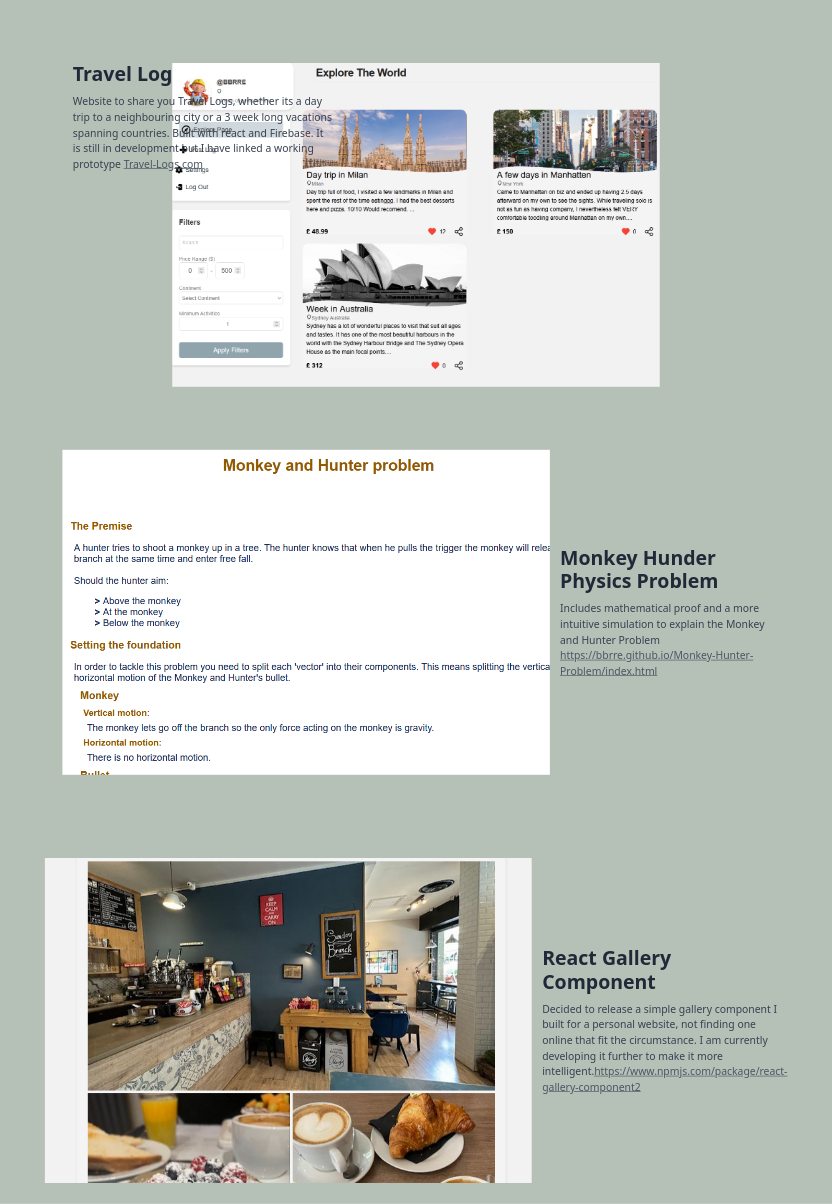
Repository: BBRRE/Portfolio-V2
Page: /#/Computer-Sci
The author's editor kept a copy of each file at every save. The page is drawn from the files as they stood at one save, then again after the next save.
The browser window is 1280 px wide. The pictures show the whole page, at 65% of full size.
Some web fonts or font styles are not loaded; a fallback is used. The project was rebuilt for these pictures with package versions that can differ from the ones it lists, and the page was loaded fresh each time. Also part of the build but not shown: vite.config.js, src/Subjects/Archi.jsx, src/Subjects/EEng.jsx, src/Subjects/Other.jsx, src/Projects Overview.jsx, src/HomePage.jsx, src/ErrorBoundary.jsx.

Above is the page before, as saved 2024-11-29 08:59:24.

### index.html
<!doctype html>
<html lang="en">
  <head>
    <meta charset="UTF-8" />
    <link rel="icon" type="image/svg+xml" href="src\assets\letter-bb.svg" />
    <link href="https://fonts.googleapis.com/css2?family=Inconsolata&family=Italiana&family=Hubballi&family=Julius+Sans+One&display=swap" rel="stylesheet">
    <link rel="preconnect" href="https://fonts.googleapis.com" />
<link rel="preconnect" href="https://fonts.gstatic.com" crossorigin />
<link
  rel="stylesheet"
  href="https://fonts.googleapis.com/css2?family=Roboto:wght@300;400;500;700&display=swap"
/>
<link
  rel="stylesheet"
  href="https://fonts.googleapis.com/icon?family=Material+Icons"
/>

    <meta name="viewport" content="width=device-width, initial-scale=1.0" />
    <title>Bilaal Bare</title>
  </head>
  <body>
    <div id="root"></div>
    <script type="module" src="/src/main.jsx"></script>
  </body>
</html>

### src/main.jsx
import React from 'react'
import ReactDOM from 'react-dom/client'
import App from './App'
import ErrorBoundary from './ErrorBoundary'
import './index.css'

ReactDOM.createRoot(document.getElementById('root')).render(
  <React.StrictMode>
    <ErrorBoundary>
      <App />
    </ErrorBoundary>
  </React.StrictMode>
)

### src/App.jsx
import { HashRouter as Router, Routes, Route } from 'react-router-dom';
import Archi from './Subjects/Archi.jsx'
import CompSci from './Subjects/CompSci.jsx'
import EEng from './Subjects/EEng.jsx'
import Other from './Subjects/Other.jsx'
import { HomePage } from './HomePage'
import { useState, useEffect } from 'react'

function App() {
  useEffect(() => {
    console.log('App component mounted')
  }, [])

  return (
    <Router>
        <Routes>
          <Route path="/" element={<HomePage />} />
          <Route path="/Architecture" element={<Archi />} />
          <Route path="/Electronic-Eng" element={<EEng />} />
          <Route path="/Computer-Sci" element={<CompSci />} />
          <Route path="/Other" element={<Other />} />
        </Routes>
    </Router>
  )
}

export default App

### src/index.css
@tailwind base;
@tailwind components;
@tailwind utilities;

@layer utilities {
  .bg-dot-pattern {
    background-image: radial-gradient(circle, rgba(0, 0, 0, 0.2) 1px, transparent 1px);
    background-size: 50px 50px; /* Adjust the spacing here */
  }
}

### src/Subjects/CompSci.jsx
import React from 'react'
import cs from '../assets/aaaa.png'
import ph from '../assets/Monkey.png'
import tr from '../assets/tra.png'

const CompSci = () => {
  return (
    <div className='bg-[#B5C0B7] w-full h-auto min-h-screen grid grid-cols-1'>
      <div className='relative flex md:flex-row flex-col justify-center align-middle w-[85%] h-[500px] mx-auto mt-24'>
        <img src={cs} />
        <div className="absolute left-0 flex flex-col ml-4 gap-3 justify-center">
          <h2 className=" text-left text-xl md:text-2xl lg:text-3xl font-semibold text-gray-800">
            Travel Log
          </h2>
          <p className="text-gray-700 text-sm md:text-base leading-relaxed max-w-[400px]">
            Website to share you Travel Logs, whether its a day trip to a neighbouring city or a 3 week long vacations spanning countries. Built with react
            and Firebase. It is still in development but I have linked a working prototype <a href="https://Travel-Logs.com/" className='underline text-gray-600'>Travel-Logs.com</a>
          </p>
        </div>
      </div>

      <div className='flex md:flex-row flex-col justify-center align-middle w-[85%] h-[500px] mx-auto mt-24 mb-8'>
        <img src={ph} />
        <div className="flex flex-col ml-4 gap-3 justify-center">
          <h2 className=" text-left text-xl md:text-2xl lg:text-3xl font-semibold text-gray-800">
            Monkey Hunder Physics Problem
          </h2>
          <p className="text-gray-700 text-sm md:text-base leading-relaxed max-w-[400px]">
            Includes mathematical proof and a more intuitive simulation to explain the Monkey and Hunter Problem  <a href="https://bbrre.github.io/Monkey-Hunter-Problem/index.html" className='underline text-gray-600'>https://bbrre.github.io/Monkey-Hunter-Problem/index.html</a>
          </p>
        </div>
      </div>

      <div className='flex md:flex-row flex-col justify-center align-middle w-[85%] h-[500px] mx-auto mt-24 mb-8'>
        <img src={tr} />
        <div className="flex flex-col ml-4 gap-3 justify-center">
          <h2 className=" text-left text-xl md:text-2xl lg:text-3xl font-semibold text-gray-800">
            React Gallery Component
          </h2>
          <p className="text-gray-700 text-sm md:text-base leading-relaxed max-w-[400px]">
            Decided to release a simple gallery component I built for a personal website, not finding one online that fit the circumstance. I am currently developing it further to make it more intelligent.<a href="https://www.npmjs.com/package/react-gallery-component2" className='underline text-gray-600'>https://www.npmjs.com/package/react-gallery-component2</a>
          </p>
        </div>
      </div>

    </div>
  )
}

export default CompSci

### tailwind.config.js
/** @type {import('tailwindcss').Config} */
export default {
    darkMode: ["class"],
    content: ["index.css",
  "./src/**/*.{js,ts,jsx,tsx}",],
  theme: {
  	extend: {
  		backgroundImage: {
  			noise: "url('/src/assets/nnnoise.svg')",
  			undulate: "url('/src/assets/uuundulate.svg')"
  		},
  		fontFamily: {
  			inconsolata: ['Inconsolata', 'monospace'],
  			italiana: ['Italiana', 'serif'],
  			hubballi: ['Hubballi', 'cursive'],
  			julius: ['Julius Sans One"', 'sans-serif']
  		},
      keyframes: {
        fadeIn: {
          '0%': { opacity: '0' },
          '100%': { opacity: '1' },
        },
      }
  	}
  }
}

After the next save:
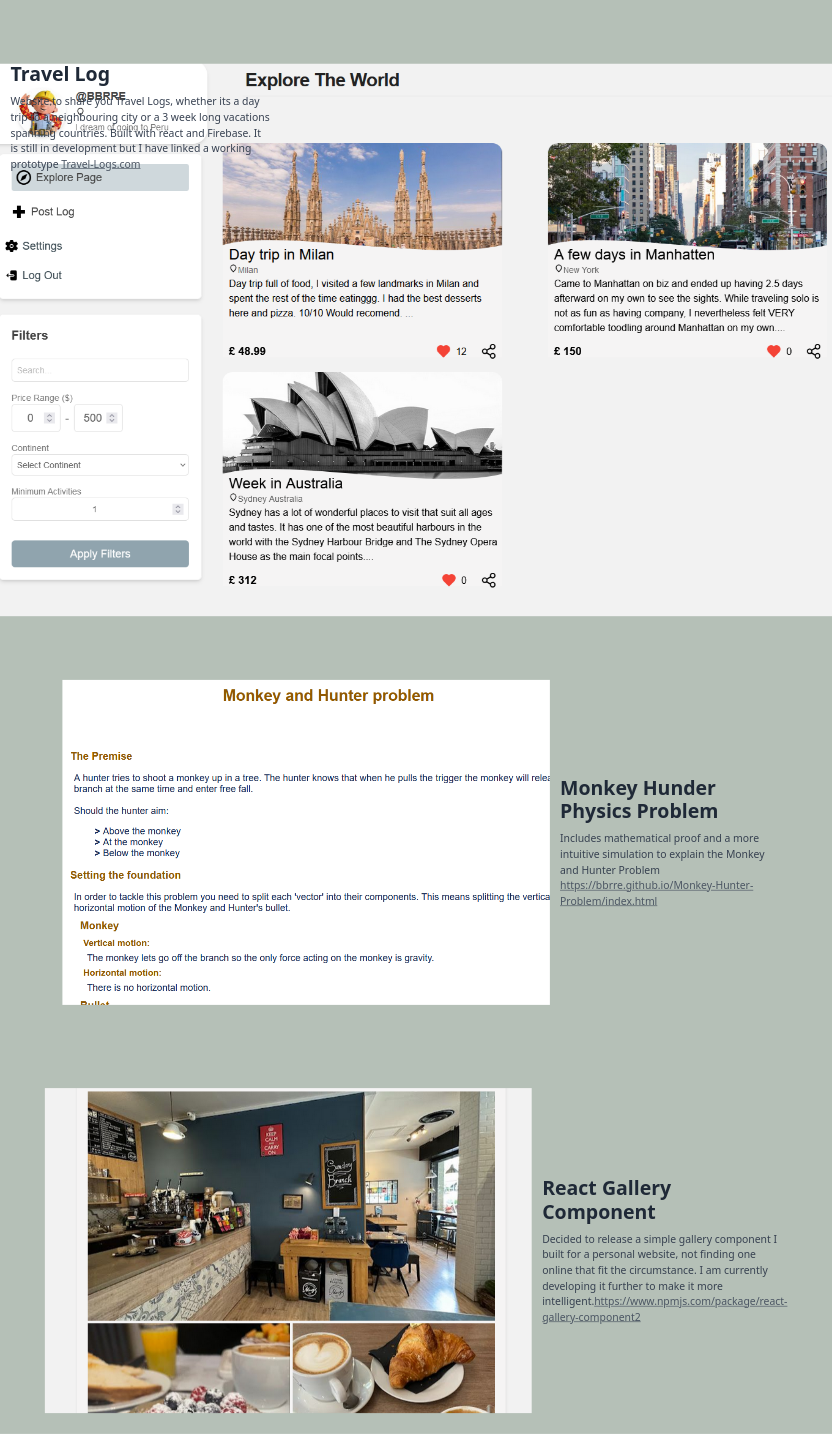
Saved 25 s later.
--- a/src/Subjects/CompSci.jsx
+++ b/src/Subjects/CompSci.jsx
@@ -6,7 +6,7 @@ import tr from '../assets/tra.png'
 const CompSci = () => {
   return (
     <div className='bg-[#B5C0B7] w-full h-auto min-h-screen grid grid-cols-1'>
-      <div className='relative flex md:flex-row flex-col justify-center align-middle w-[85%] h-[500px] mx-auto mt-24'>
+      <div className='relative flex md:flex-row flex-col justify-center align-middle mx-auto mt-24'>
         <img src={cs} />
         <div className="absolute left-0 flex flex-col ml-4 gap-3 justify-center">
           <h2 className=" text-left text-xl md:text-2xl lg:text-3xl font-semibold text-gray-800">
